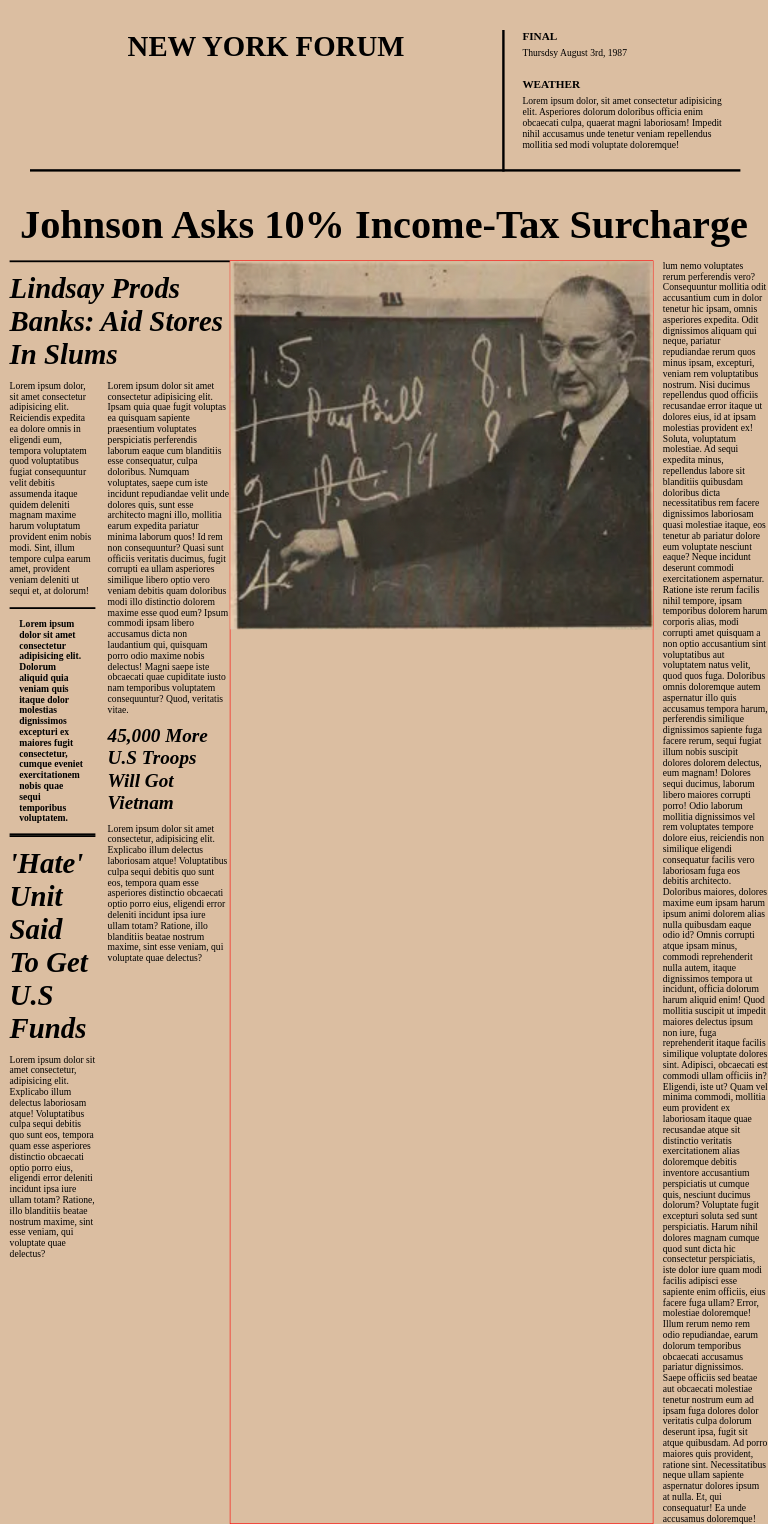
Repository: Arkitecth/newspaper-grid
Page: index.html
These files come from the project's save history. The page is drawn as it stood at one moment and after the next save; the edit follows.
The browser window is 1280 px wide. The pictures show the whole page, at 60% of full size.

Above is the page before, as saved 2023-05-29 18:14:01.

### index.html
<!DOCTYPE html>
<html lang="en">
<head>
    <meta charset="UTF-8">
    <meta http-equiv="X-UA-Compatible" content="IE=edge">
    <meta name="viewport" content="width=device-width, initial-scale=1.0">
    <link rel="stylesheet" href="styles.css">
    <title>News Paper</title>
</head>
<body>
    <header id="header">
        <div>
            <h1>New York Forum</h1>
        </div>
        <div class="aside">
            <h3>Final</h3>
            <p>Thursdsy August 3rd, 1987</p>

            <h3>Weather</h3>
            <p>Lorem ipsum dolor, sit amet consectetur adipisicing elit. Asperiores dolorum doloribus officia enim obcaecati culpa, quaerat magni laboriosam! Impedit nihil accusamus unde tenetur veniam repellendus mollitia sed modi voluptate doloremque!</p>
        </div>
        <div class="divider"></div>
        <div class="divider"></div>
    </header>
    <main>
        <h2>Johnson Asks 10% Income-Tax Surcharge</h2>
        <div class="main-grid">
            <div class="left-content">
                <h3>Lindsay Prods Banks: Aid Stores in Slums</h3>
                <div class="sub-grid">
                    <div class="left">
                        <p>Lorem ipsum dolor, sit amet consectetur adipisicing elit. Reiciendis expedita ea dolore omnis in eligendi eum, tempora voluptatem quod voluptatibus fugiat consequuntur velit debitis assumenda itaque quidem deleniti magnam maxime harum voluptatum provident enim nobis modi. Sint, illum tempore culpa earum amet, provident veniam deleniti ut sequi et, at dolorum!</p>
                        <br>
                        <p class="highlight">Lorem ipsum dolor sit amet consectetur adipisicing elit. Dolorum aliquid quia veniam quis itaque dolor molestias dignissimos excepturi ex maiores fugit consectetur, cumque eveniet exercitationem nobis quae sequi temporibus voluptatem.</p>
                        <h3>'Hate' Unit Said to Get U.S Funds</h3>
                        <p>Lorem ipsum dolor sit amet consectetur, adipisicing elit. Explicabo illum delectus laboriosam atque! Voluptatibus culpa sequi debitis quo sunt eos, tempora quam esse asperiores distinctio obcaecati optio porro eius, eligendi error deleniti incidunt ipsa iure ullam totam? Ratione, illo blanditiis beatae nostrum maxime, sint esse veniam, qui voluptate quae delectus?</p>
                    </div>
                    <div class="right">
                        <p>Lorem ipsum dolor sit amet consectetur adipisicing elit. Ipsam quia quae fugit voluptas ea quisquam sapiente praesentium voluptates perspiciatis perferendis laborum eaque cum blanditiis esse consequatur, culpa doloribus. Numquam voluptates, saepe cum iste incidunt repudiandae velit unde dolores quis, sunt esse architecto magni illo, mollitia earum expedita pariatur minima laborum quos! Id rem non consequuntur? Quasi sunt officiis veritatis ducimus, fugit corrupti ea ullam asperiores similique libero optio vero veniam debitis quam doloribus modi illo distinctio dolorem maxime esse quod eum? Ipsum commodi ipsam libero accusamus dicta non laudantium qui, quisquam porro odio maxime nobis delectus! Magni saepe iste obcaecati quae cupiditate iusto nam temporibus voluptatem consequuntur? Quod, veritatis vitae.</p>
                        <h3>45,000 More U.S Troops Will got Vietnam</h3>
                        <p>Lorem ipsum dolor sit amet consectetur, adipisicing elit. Explicabo illum delectus laboriosam atque! Voluptatibus culpa sequi debitis quo sunt eos, tempora quam esse asperiores distinctio obcaecati optio porro eius, eligendi error deleniti incidunt ipsa iure ullam totam? Ratione, illo blanditiis beatae nostrum maxime, sint esse veniam, qui voluptate quae delectus?</p>
                    </div>
                </div>
            </div>

            <div class="middle-content">
                <img src="assets/teacher.png" alt="teacher teaching stuff">
            </div>

            <div class="right-content">
                lum nemo voluptates rerum perferendis vero? Consequuntur mollitia odit accusantium cum in dolor tenetur hic ipsam, omnis asperiores expedita. Odit dignissimos aliquam qui neque, pariatur repudiandae rerum quos minus ipsam, excepturi, veniam rem voluptatibus nostrum. Nisi ducimus repellendus quod officiis recusandae error itaque ut dolores eius, id at ipsam molestias provident ex! Soluta, voluptatum molestiae. Ad sequi expedita minus, repellendus labore sit blanditiis quibusdam doloribus dicta necessitatibus rem facere dignissimos laboriosam quasi molestiae itaque, eos tenetur ab pariatur dolore eum voluptate nesciunt eaque? Neque incidunt deserunt commodi exercitationem aspernatur. Ratione iste rerum facilis nihil tempore, ipsam temporibus dolorem harum corporis alias, modi corrupti amet quisquam a non optio accusantium sint voluptatibus aut voluptatem natus velit, quod quos fuga. Doloribus omnis doloremque autem aspernatur illo quis accusamus tempora harum, perferendis similique dignissimos sapiente fuga facere rerum, sequi fugiat illum nobis suscipit dolores dolorem delectus, eum magnam! Dolores sequi ducimus, laborum libero maiores corrupti porro! Odio laborum mollitia dignissimos vel rem voluptates tempore dolore eius, reiciendis non similique eligendi consequatur facilis vero laboriosam fuga eos debitis architecto. Doloribus maiores, dolores maxime eum ipsam harum ipsum animi dolorem alias nulla quibusdam eaque odio id? Omnis corrupti atque ipsam minus, commodi reprehenderit nulla autem, itaque dignissimos tempora ut incidunt, officia dolorum harum aliquid enim! Quod mollitia suscipit ut impedit maiores delectus ipsum non iure, fuga reprehenderit itaque facilis similique voluptate dolores sint. Adipisci, obcaecati est commodi ullam officiis in? Eligendi, iste ut? Quam vel minima commodi, mollitia eum provident ex laboriosam itaque quae recusandae atque sit distinctio veritatis exercitationem alias doloremque debitis inventore accusantium perspiciatis ut cumque quis, nesciunt ducimus dolorum? Voluptate fugit excepturi soluta sed sunt perspiciatis. Harum nihil dolores magnam cumque quod sunt dicta hic consectetur perspiciatis, iste dolor iure quam modi facilis adipisci esse sapiente enim officiis, eius facere fuga ullam? Error, molestiae doloremque! Illum rerum nemo rem odio repudiandae, earum dolorum temporibus obcaecati accusamus pariatur dignissimos. Saepe officiis sed beatae aut obcaecati molestiae tenetur nostrum eum ad ipsam fuga dolores dolor veritatis culpa dolorum deserunt ipsa, fugit sit atque quibusdam. Ad porro maiores quis provident, ratione sint. Necessitatibus neque ullam sapiente aspernatur dolores ipsum at nulla. Et, qui consequatur! Ea unde accusamus doloremque!</p>
            </div>
        </div>
    </main>

</body>
</html>

### styles.css
* {
    padding: 0;
    margin: 0;
}

body {
    background-color: #dbbea1;
    max-width: 1500px;
}

h1,h3 {
    text-transform: uppercase;
}
#header {
    padding: 3.125rem;
    display: grid;
    grid-template-columns: 2fr 1fr;
}


#header h1 {
    text-align: center;
    font-size: 3rem;
}

h2 {
    text-align: center;
    width: 100%;
    font-size: 4.2rem;
}

.aside {
    border-left: 4px solid black;
    padding-left: 30px;
}

.aside p {
    padding-top: 0.5rem;
    margin-bottom: 2rem;
}

.divider {
    border: 2px solid black;
    width: 100%;
}

.main-grid{
    display: grid;
    grid-template-columns: 2fr 2fr 1fr;
    padding-top: 20px;
}

.sub-grid {
    display: grid;
    grid-template-columns: 1fr 1fr;
    gap: 20px;
}

.left-content h3 {
    font-size: 3rem;
    font-style: italic;
    border-top: 3px solid black;
    padding-bottom: 1rem;
    padding-top: 1rem;
    text-transform: capitalize;
}

.right {
    grid-column: 2 / span 4;
}


.right h3 {
    border: none;
    text-align: left;
    font-size: 2rem;

}

.middle-content {
    border: 1px solid red;
}

.left-content {
    padding-left: 1rem;
}

.right-content {
    padding-left: 1rem;
}

.highlight {
    font-weight: bold;
    border-top: 3px solid black;
    padding: 1rem;
    border-bottom: 3px solid black;
}

After the next save:
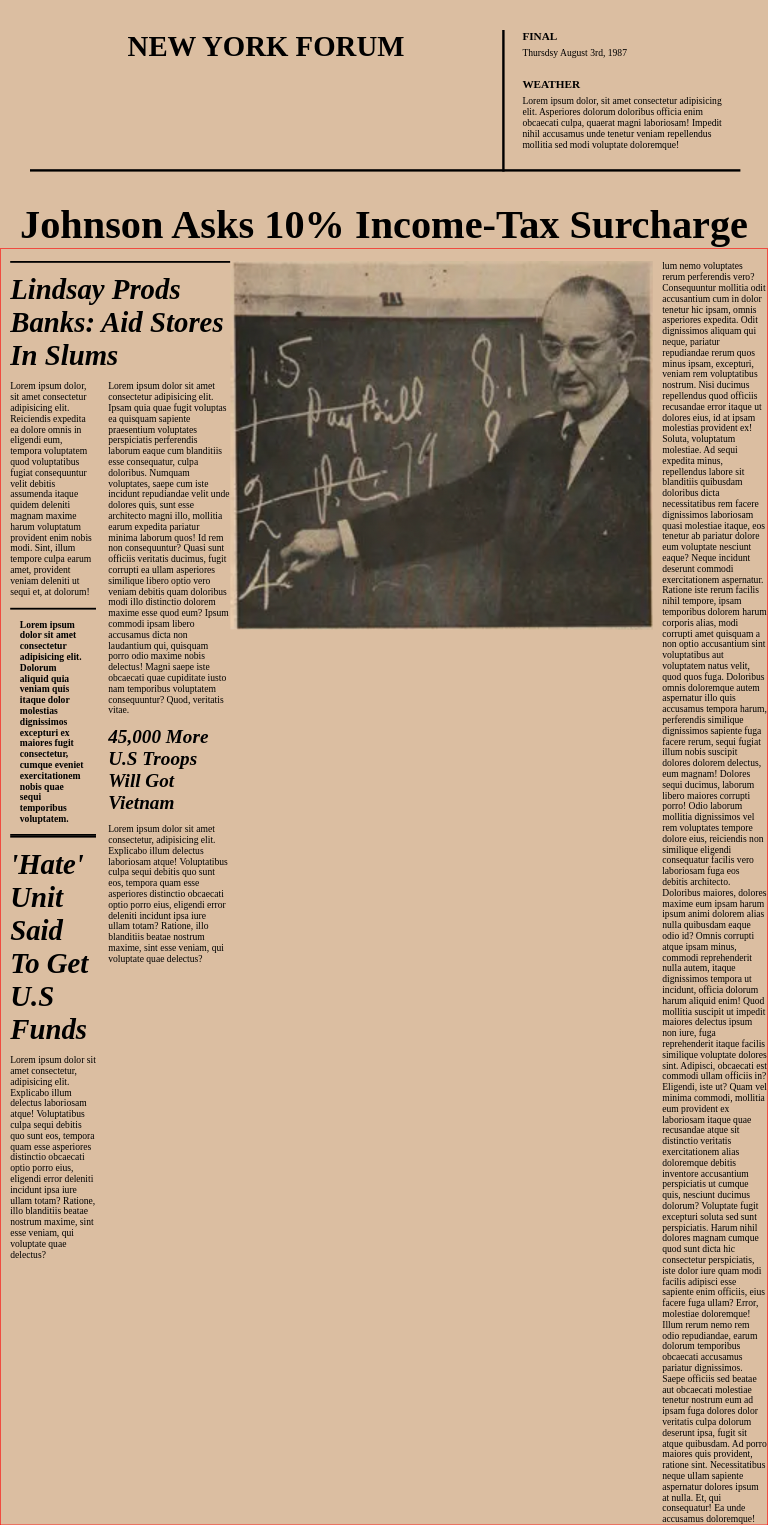
Saved 24 s later.
--- a/styles.css
+++ b/styles.css
@@ -48,6 +48,7 @@
     display: grid;
     grid-template-columns: 2fr 2fr 1fr;
     padding-top: 20px;
+    border: 1px solid red;
 }
 
 .sub-grid {
@@ -77,9 +78,7 @@
 
 }
 
-.middle-content {
-    border: 1px solid red;
-}
+
 
 .left-content {
     padding-left: 1rem;
